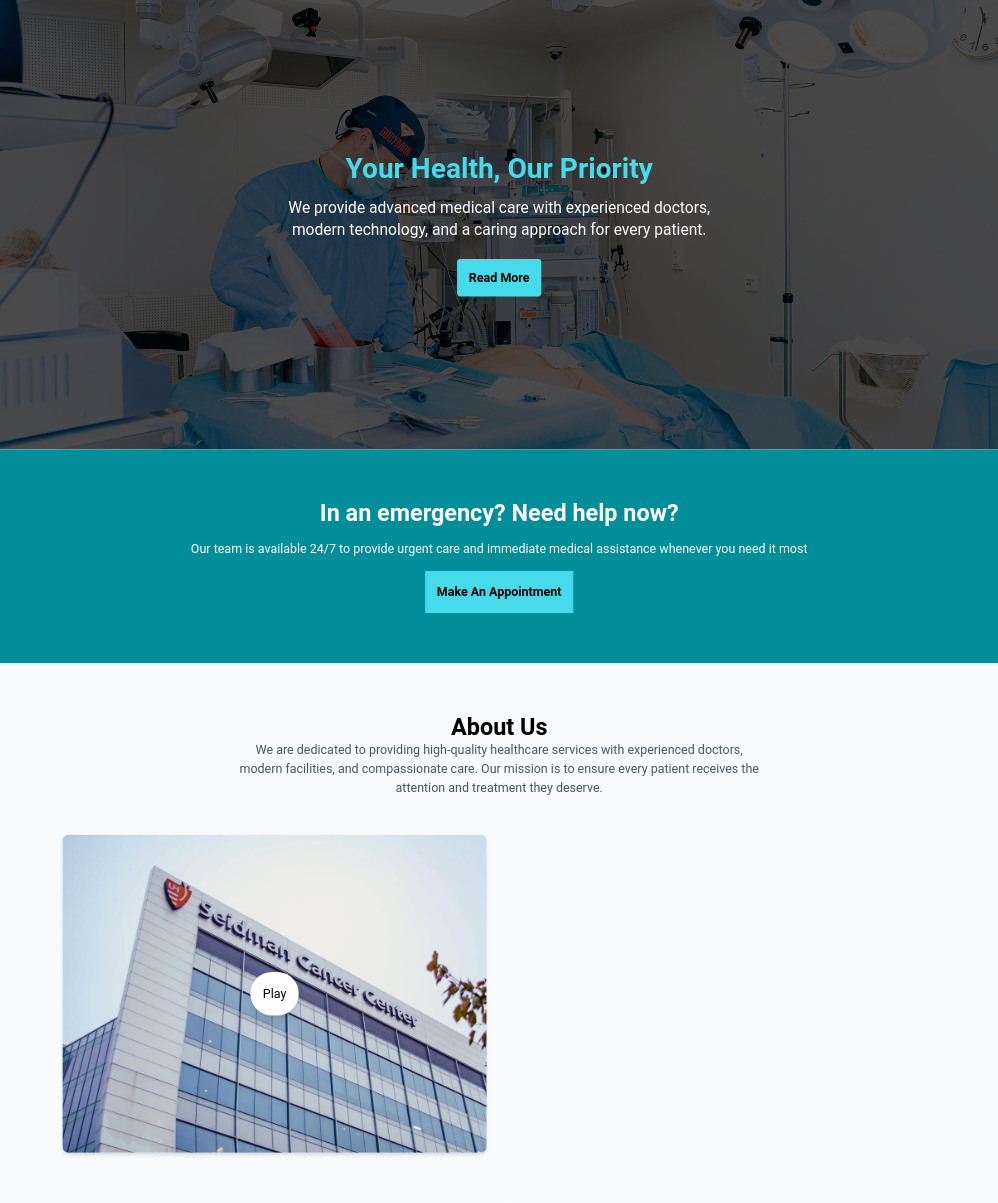
Repository: ahmedkhaleddev02-del/DoctorAppointment-MERN
Page: / (app in frontend/frontend/)
An editor plug-in stored every save of this project. The page is shown before and after the next save, followed by the edit.
The browser window is 1280 px wide. The pictures show the whole page, at 78% of full size.
The project was rebuilt for these pictures with package versions that can differ from the ones it lists, and the page was loaded fresh each time.

Above is the page before, as saved 2025-07-27 18:08:03.

### frontend/frontend/src/index.css
@tailwind base;
@tailwind components;
@tailwind utilities;
@import url('https://fonts.googleapis.com/css2?family=Liter&family=Outfit:wght@100..900&family=Roboto:ital,wght@0,100..900;1,100..900&family=Sansita:ital,wght@0,400;0,700;0,800;0,900;1,400;1,700;1,800;1,900&display=swap');

@import "slick-carousel/slick/slick.css";
@import "slick-carousel/slick/slick-theme.css";


*,body{
  font-family: roboto;
}


button{
  background: #46daea !important;
  padding: 15px;
  color:black;
  font-weight: bold;
  transition: ease-in-out 0.3s !important;


}

button:hover{
  background: #43b0ba !important;
}

### frontend/frontend/src/App.js
import Home from "./pages/Home";
function App() {
  return (
    <>

    <Home/>
    </>
  );
}

export default App;

### frontend/frontend/src/pages/Home.jsx
import React from 'react'
import CallToAction from '../components/CallToAction'
import HeroSlider from '../components/HeroSlider'
import About from '../components/About'
function Home() {
  return (
    <div>
        <HeroSlider/>
        <CallToAction/>
        <About/>

    </div>
  )
}

export default Home

### frontend/frontend/src/components/CallToAction.jsx
import React from 'react'

function CallToAction() {
  return (
    <section  className="bg-[#008e9b] text-white py-16">
        <div className='max-w-4xl mx-auto text-center px-4'>
        <h3 className='text-3xl font-bold mb-4'> In an emergency? Need help now?</h3>
        <p className='mt-2 mb-2'>Our team is available 24/7 to provide urgent care and immediate medical assistance whenever you need it most</p>

        <button className='mt-2'>Make An Appointment</button>
        </div>

    </section>
  )
}

export default CallToAction

### frontend/frontend/src/components/HeroSlider.jsx
import React from 'react'
import Slider from "react-slick";
import carousel_1 from "../img/hero-carousel/hero-carousel-1.jpg"

import carousel_2 from "../img/hero-carousel/hero-carousel-2.jpg"


import carousel_3 from "../img/hero-carousel/hero-carousel-3.jpg"

function HeroSlider() {

const settings = {
    dots: true,
    infinite: true,
    autoplay: true,
    autoplaySpeed: 5000,
    fade: true,
    arrows: false
  };


  const slides = [
  {
    image: carousel_1,
    title: "Your Health, Our Priority",
    text: "We provide advanced medical care with experienced doctors, modern technology, and a caring approach for every patient.",
  },
  {
    image: carousel_2,
    title: "Specialized Medical Services",
    text: "From cardiology to pediatrics, our expert teams are ready to help you and your family stay healthy and safe.",
  },
  {
    image: carousel_3,
    title: "Easy Online Appointments",
    text: "Book your appointment quickly and conveniently with top doctors at your preferred time.",
  }
];



  return (
    <section className='relative w-full h-[80vh] overflow-hidden' >
        <Slider {...settings}>
                {slides.map((slide,index)=>(
                    <div  key={index} className="relative w-full h-[80vh]">

                <img  src={slide.image}   className="w-full h-full object-cover"/>

            <div className="absolute inset-0 bg-black bg-opacity-70 flex flex-col justify-center items-center text-center text-white px-4">

                    <h2 className='text-4xl text-[#46daea] font-bold mb-4'>{slide.title}</h2>

             <p className="max-w-xl text-xl ">{slide.text}</p>

             <button className="mt-6 inline-block  py-3 rounded ">
              Read More

             </button>

                </div>

                    </div>
                ))}


        </Slider>
    </section >
  )
}

export default HeroSlider

### frontend/frontend/src/components/About.jsx
import React from 'react'
import AboutUs from "../img/about.jpg"
function About() {
  return (
    <section className="py-16 bg-gray-50">

        <div className='text-center mb-12'>
            <h2 className='text-3xl font-bold'>About Us</h2>
        <p className="text-gray-600 max-w-2xl mx-auto">
        We are dedicated to providing high-quality healthcare services with experienced doctors,
        modern facilities, and compassionate care. Our mission is to ensure every patient receives
        the attention and treatment they deserve.
        </p>


        </div>

        <div className='max-w-6xl mx-auto grid sm:grid-cols-1 md:grid-cols-2 gap-8 px-4'>
            <div className='relative'>
                <img src={AboutUs}  className="rounded-lg shadow-md"/>
                <a href='https://www.youtube.com/watch?v=Y7f98aduVJ8' className="absolute inset-0 flex items-center justify-center">

                <div className='bg-white rounded-full p-4 shadow-lg hover:scale-110 transition'>
                    Play
                </div>



                </a>
            </div>
        </div>


    </section>
  )
}

export default About

Loaded but not shown: frontend/frontend/public/index.html (common file); frontend/frontend/src/index.js (common file); frontend/frontend/tailwind.config.js (common file)

After the next save:
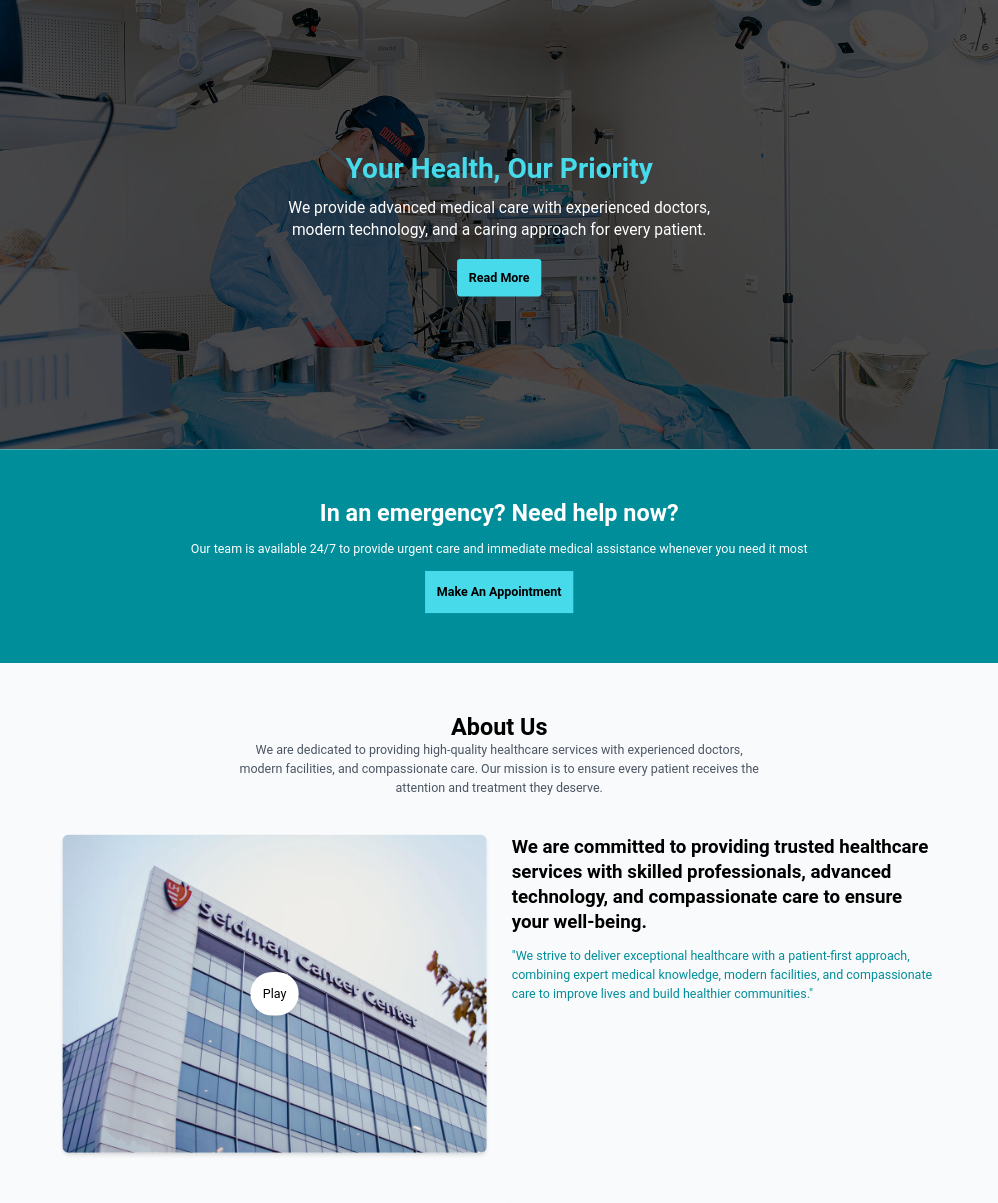
Saved 3 min 22 s later.
--- a/frontend/frontend/src/components/About.jsx
+++ b/frontend/frontend/src/components/About.jsx
@@ -26,7 +26,15 @@
 
 
 
+
                 </a>
+            </div>
+
+            <div>
+                <h3 className='text-2xl font-semibold mb-4'>We are committed to providing trusted healthcare services with skilled professionals, advanced technology, and compassionate care to ensure your well-being.</h3>
+                <p className='text-[#008e9b]'>"We strive to deliver exceptional healthcare with a patient-first approach, combining expert medical knowledge, modern facilities, and compassionate care to improve lives and build healthier communities."</p>
+
+
             </div>
         </div>
 
